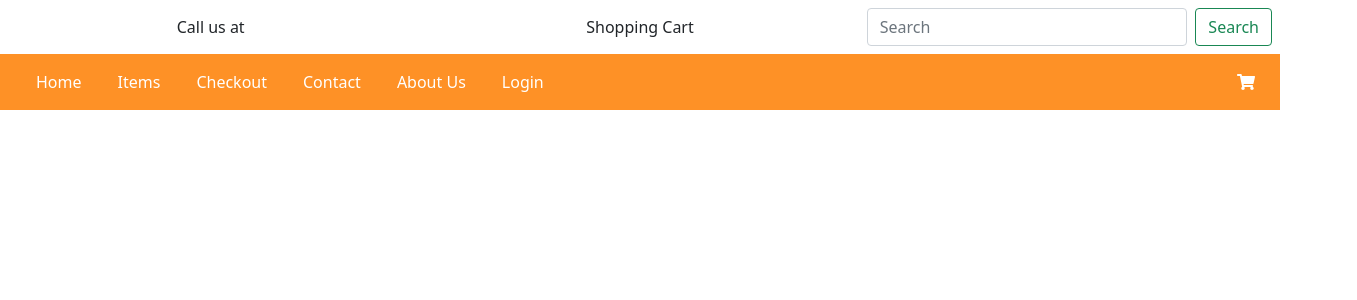
Repository: SaudCh/React-Ecommerce
Page: /login
An editor plug-in stored every save of this project. The page is shown before and after the next save, followed by the edit.
The browser window is 1280 px wide. The page is 1284 px wide, then 1357 px, then 1284 px, so the pictures cover 1357 px, including what lies to the right of the window. The pictures show the whole page.
The project was rebuilt for these pictures with package versions that can differ from the ones it lists, and the page was loaded fresh each time. Also part of the build but not shown: src/App.css.

Above is the page before, as saved 2021-12-05 12:39:36.

### src/App.js
import "./App.css";
import Header from "./Header/Header";
import "../node_modules/bootstrap/dist/css/bootstrap.min.css";
import "../node_modules/bootstrap/dist/js/bootstrap.bundle.min";
import { BrowserRouter, Switch, Route } from "react-router-dom";

function App() {
  return (
    <BrowserRouter>
      <Header />
      <Switch>
        <Route path="/" exact>
          <div>Home</div>
        </Route>
      </Switch>
    </BrowserRouter>
  );
}

export default App;

### src/Header/Header.jsx
import { faShoppingCart } from "@fortawesome/free-solid-svg-icons";
import { FontAwesomeIcon } from "@fortawesome/react-fontawesome";
import React from "react";
import { Link } from "react-router-dom";
import "./Header.css";

export default function Header() {
  return (
    <div>
      <nav className="cotainer-fluid m-2">
        <div className="row align-items-center">
          <div className="col-12 col-md-4 text-center ">
            <p className="m-0 p-0">Call us at </p>
          </div>
          <div className="col-12 col-md-4 text-center">
            <p className="m-0">Shopping Cart</p>
          </div>
          <div className="col-12 col-md-4 text-center">
            <form class="d-flex">
              <input
                class="form-control me-2"
                type="search"
                placeholder="Search"
                aria-label="Search"
              />
              <button class="btn btn-outline-success" type="submit">
                Search
              </button>
            </form>
          </div>
        </div>
      </nav>
      <nav
        class="navbar navbar-expand-md navbar-dark"
        style={{ backgroundColor: "#fe9126" }}
      >
        <div class="container-fluid">
          <Link class="navbar-brand" href="#"></Link>

          <button
            class="navbar-toggler"
            type="button"
            data-bs-toggle="collapse"
            data-bs-target="#navbarSupportedContent"
            aria-controls="navbarSupportedContent"
            aria-expanded="false"
            aria-label="Toggle navigation"
          >
            <span class="navbar-toggler-icon"></span>
          </button>
          <div class="collapse navbar-collapse" id="navbarSupportedContent">
            <ul class="navbar-nav me-auto mb-2 mb-lg-0 nav-ul">
              <li class="nav-item">
                <Link class="nav-link  text-white" aria-current="page" to="#">
                  Home
                </Link>
              </li>
              <li class="nav-item">
                <Link class="nav-link  text-white" to="#">
                  Items
                </Link>
              </li>

              <li class="nav-item">
                <Link
                  class="nav-link text-white"
                  to="#"
                  tabindex="-1"
                  aria-disabled="true"
                >
                  Checkout
                </Link>
              </li>
              <li class="nav-item">
                <Link
                  class="nav-link text-white"
                  to="#"
                  tabindex="-1"
                  aria-disabled="true"
                >
                  Contact
                </Link>
              </li>
              <li class="nav-item">
                <Link
                  class="nav-link text-white"
                  to="#"
                  tabindex="-1"
                  aria-disabled="true"
                >
                  About Us
                </Link>
              </li>
              <li class="nav-item">
                <Link
                  class="nav-link text-white"
                  to="#"
                  tabindex="-1"
                  aria-disabled="true"
                >
                  Login
                </Link>
              </li>
            </ul>
            <button className="btn text-white">
              <FontAwesomeIcon icon={faShoppingCart} />
            </button>
          </div>
        </div>
      </nav>
    </div>
  );
}

### src/Header/Header.css
.nav-ul li {
  margin-right: 20px;
}

Loaded but not shown: public/index.html (common file); src/index.js (common file); src/reportWebVitals.js (common file)

After the next save:
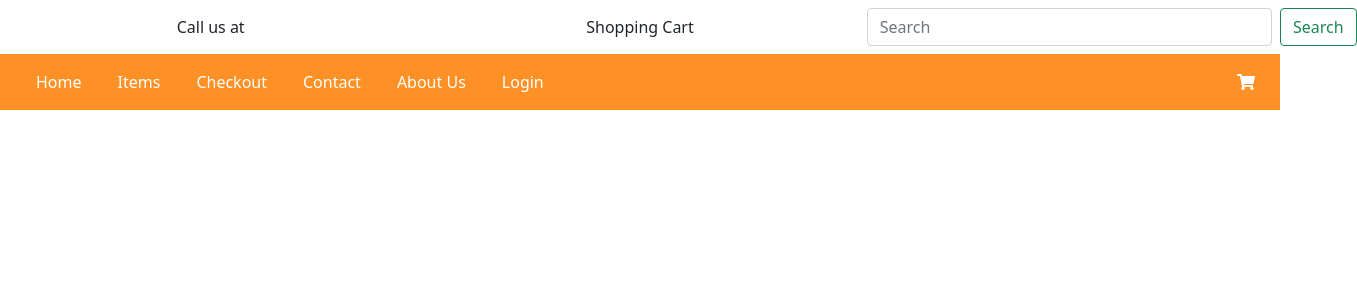
Saved 29 s later.
--- a/src/Header/Header.jsx
+++ b/src/Header/Header.jsx
@@ -18,7 +18,7 @@
           <div className="col-12 col-md-4 text-center">
             <form class="d-flex">
               <input
-                class="form-control me-2"
+                class="form-control me-2 col-10"
                 type="search"
                 placeholder="Search"
                 aria-label="Search"

After the 3 saves that followed:
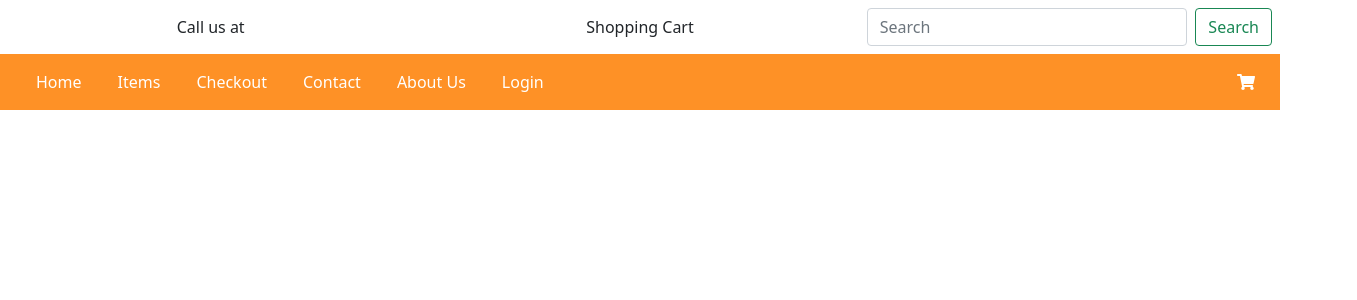
The 3 saves are shown as one change because 2 left the picture as it was.
The last was saved 16 s later.
--- a/src/Header/Header.jsx
+++ b/src/Header/Header.jsx
@@ -18,7 +18,7 @@
           <div className="col-12 col-md-4 text-center">
             <form class="d-flex">
               <input
-                class="form-control me-2 col-10"
+                class="form-control me-2"
                 type="search"
                 placeholder="Search"
                 aria-label="Search"
